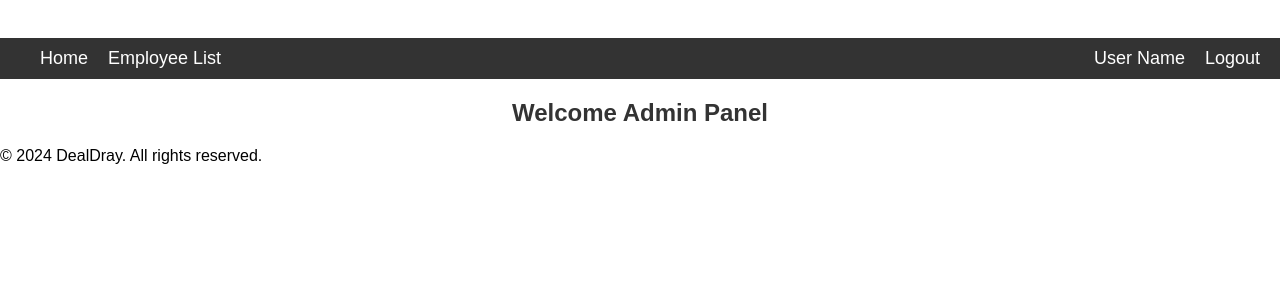
Repository: Mahanandapadavale123/dealsdray
Page: /dashboard (app in frontend/)
An editor plug-in stored every save of this project. The page is shown before and after the next save, followed by the edit.
The browser window is 1280 px wide. The pictures show the whole page.
The page's requests for data from a server got no answer. The project was rebuilt for these pictures with package versions that can differ from the ones it lists, and the page was loaded fresh each time. No one was signed in, and anything a server would have sent is missing. Also part of the build but not shown: frontend/src/views/login.jsx, frontend/src/views/EmployeeList.js, frontend/src/views/createemployee.jsx.

Above is the page before, as saved 2024-09-19 18:17:16.

### frontend/src/App.js
import React, { useState, useEffect } from "react";
import { BrowserRouter as Router, Routes, Route, Navigate } from "react-router-dom";
import axios from "axios";
import Login from "./views/login";
import Dashboard from "./views/Dashboard.js";
import EmployeeList from "./views/EmployeeList";
import EmployeeForm from './views/createemployee.jsx';


function App() {
  const [isLoggedIn, setIsLoggedIn] = useState(false);

  useEffect(() => {
    const checkAuthentication = async () => {
      try {
        const response = await axios.get("http://127.0.0.1:8000/api/v1/users/isAuthenticated", {
          withCredentials: true,  // Ensure cookies are sent with the request
        });
        if (response.data.isAuthenticated) {
          setIsLoggedIn(true);
        } else {
          setIsLoggedIn(false);
        }
      } catch (error) {
        console.log("Error checking authentication:", error);
        setIsLoggedIn(false);  // If error occurs, assume user is not logged in
      }
    };
    checkAuthentication();
  }, []);

  return (
    <Router>
      <Routes>
        <Route
          path="/dashboard"
          element={<Dashboard /> }
        />
         <Route path="/employee-list" element={<EmployeeList />} />
         <Route path="/ createemployee" element={<EmployeeForm />} />

        {/* <Route
          path="/dashboard"
          element={isLoggedIn ? <Dashboard /> : <Navigate to="/login" />}
        />

        <Route path="/login" element={<Login setIsLoggedIn={setIsLoggedIn} />} />

        <Route path="/" element={<Navigate to={isLoggedIn ? "/dashboard" : "/login"} />} /> */}
      </Routes>
    </Router>
  );
}

export default App;

### frontend/src/views/dashboard.js
import React from 'react';
import Header from './layout/header';
import Footer from './layout/footer';
import '../css/dashboard.css';

const Dashboard = () => {
  return (
    <div class="page-container">


      <Header />

      <main class="content">

        <h2>
          Welcome Admin Panel
        </h2>

      </main>



      <Footer />

    </div>
  );
};

export default Dashboard;

### frontend/src/css/login.module.css
.container {
    display: flex;
    justify-content: center;
    align-items: center;
    height: 100vh;
    background-color: #f0f2f5;
  }

  .formContainer {
    background: #fff;
    padding: 2rem;
    border-radius: 8px;
    box-shadow: 0 4px 8px rgba(0, 0, 0, 0.1);
    width: 100%;
    max-width: 400px;
  }

  h2 {
    margin-bottom: 1rem;
    color: #333;
    text-align: center;
  }

  .form {
    display: flex;
    flex-direction: column;
  }

  .label {
    margin-bottom: 0.5rem;
    font-weight: bold;
  }

  .input {
    margin-bottom: 1rem;
    padding: 0.75rem;
    border: 1px solid #ddd;
    border-radius: 4px;
    font-size: 1rem;
  }

  .button {
    padding: 0.75rem;
    border: none;
    border-radius: 4px;
    background-color: #007bff;
    color: #fff;
    font-size: 1rem;
    cursor: pointer;
    transition: background-color 0.3s;
  }

  .button:hover {
    background-color: #0056b3;
  }

### frontend/src/views/layout/header.jsx
import React from "react";
import "../../css/navbar.css";

const Header = () => {
  return (
    <>
      <div class="row topbar">
        <div class="logo">DealsDray Logo</div>
      </div>

      <header class="header">
        <nav class="navbar">
          <ul class="nav-links">
            <li>
              <a href="/dashboard">Home</a>
            </li>
            <li>
              <a href="/employee-list">Employee List</a>
            </li>
          </ul>

          <ul class="nav-links">
            <li>
              <a href="/dashboard">User Name</a>
            </li>
            <li>
              <a href="/employee-list">Logout</a>
            </li>
          </ul>
        </nav>
      </header>
    </>
  );
};

export default Header;

### frontend/src/views/layout/footer.jsx
import React from 'react';
// import './footer.css'; // Import styles for the footer

const Footer = () => {
  return (
    <footer className="footer">
      <p>&copy; 2024 DealDray. All rights reserved.</p>
    </footer>
  );
};

export default Footer;

### frontend/src/css/dashboard.css
/* dashboard.css */

body {
    font-family: Arial, sans-serif;
    margin: 0;
    padding: 0;
  }

  .container {
    width: 100%;
    max-width: 1200px;
    margin: auto;
    padding: 20px;
  }

  header {
   background-color: #9c9a9a;
    margin-bottom: 20px;

  }
  .logo {
    text-align: left;
    font-size: 24px;
    font-weight: bold;
    margin-bottom: 10px;
  }

  h3 {
  display:inline-block;
    color: #333;
  }

  .dashboard-content {
    padding: 20px;
    background-color: #f9f9f9;
    border-radius: 8px;
    box-shadow: 0 2px 5px rgba(0, 0, 0, 0.1);
  }


  @media screen and (max-width: 768px) {
    table, th, td {
      font-size: 14px;
    }
  }

### frontend/src/css/employee.css
/* employee.css */

table {
    width: 100%;
    border-collapse: collapse;
    margin: 20px 0;
    font-size: 16px;
    text-align: center;
    box-shadow: 0 5px 10px rgba(0, 0, 0, 0.15);
  }

  th, td {
    padding: 12px;
    border: 1px solid #ddd;
  }

  th {
    background-color: #4CAF50;
    color: white;
  }

  tr:nth-child(even) {
    background-color: #f2f2f2;
  }

  tr:hover {
    background-color: #f1f1f1;
  }

  img {
    border-radius: 50%;
    width: 50px;
    height: 50px;
  }

  h2 {
    text-align: center;
    color: #333;
    margin-bottom: 20px;
  }

### frontend/src/css/create.css
form {
    display: flex;
    flex-direction: column;
    width: 300px;
    margin: auto;
  }

  div {
    margin-bottom: 10px;
  }

  label {
    margin-right: 10px;
  }

  button {
    padding: 8px;
    background-color: #4CAF50;
    color: white;
    border: none;
    cursor: pointer;
  }

### frontend/src/css/navbar.css
.header {
    background-color: #333;
    padding: 10px 20px;
    display: flex;
    align-items: center;
  }

  .navbar {
    display: flex;
    justify-content: space-between;
    width: 100%;
    align-items: center;
  }

  .logo {
    color: #fff;
    font-size: 24px;
    font-weight: bold;
  }

  .nav-links {
    list-style: none;
    display: flex;
    margin: 0;
    padding: 0;
  }

  .nav-links li {
    margin-left: 20px;
  }

  .nav-links li a {
    color: #fff;
    text-decoration: none;
    font-size: 18px;
    transition: color 0.3s;
  }

  .nav-links li a:hover {
    color: #f0a500;
  }

Loaded but not shown: frontend/public/index.html (common file); frontend/src/index.js (common file); frontend/src/reportWebVitals.js (common file)

After the next save:
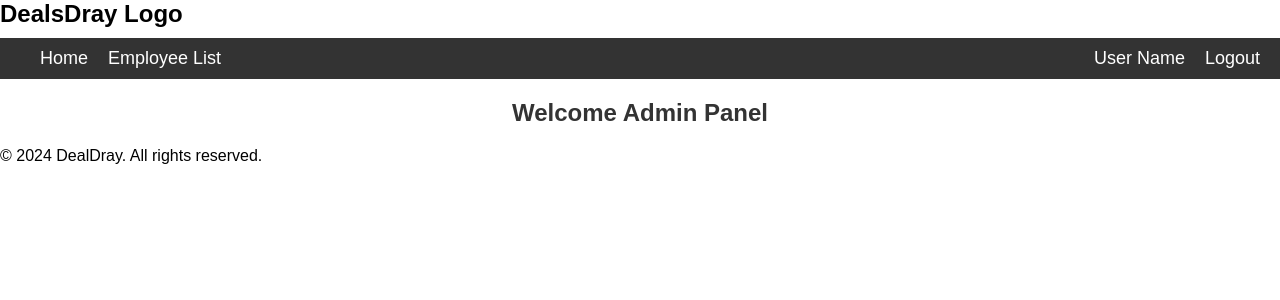
Saved 24 s later.
--- a/frontend/src/css/navbar.css
+++ b/frontend/src/css/navbar.css
@@ -13,7 +13,7 @@
   }
 
   .logo {
-    color: #fff;
+    color: #000000;
     font-size: 24px;
     font-weight: bold;
   }
